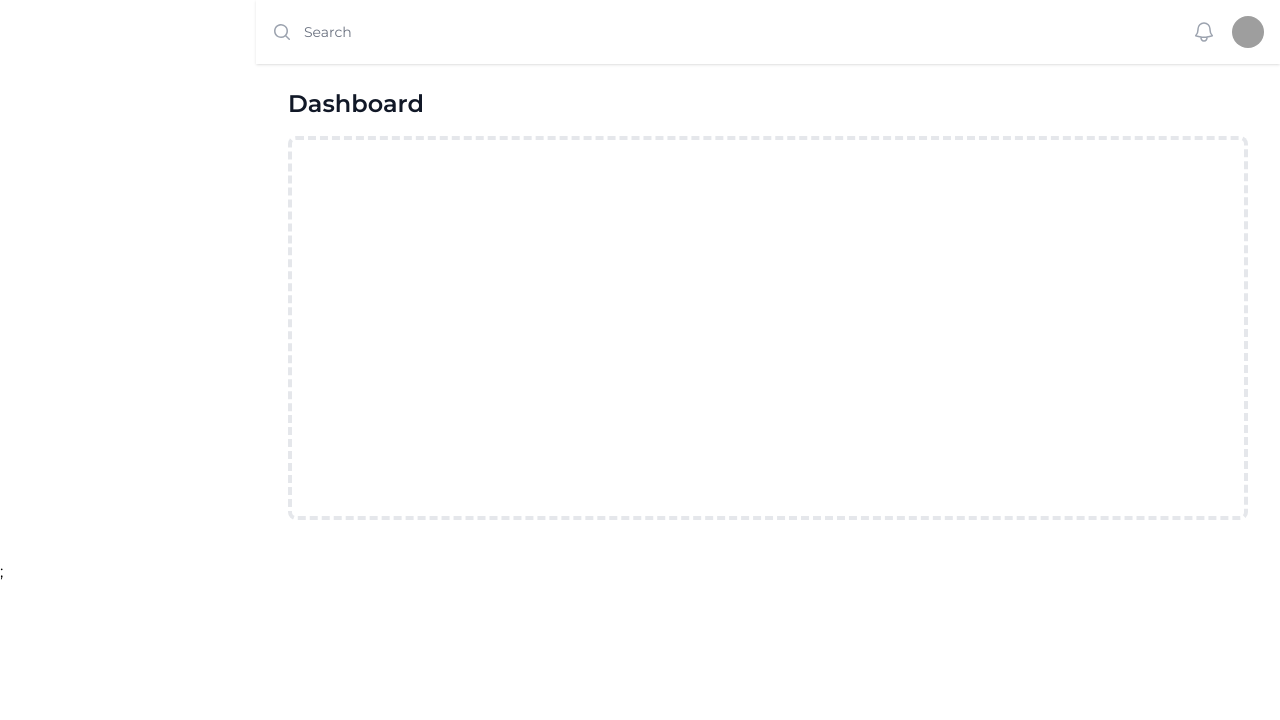
Repository: LuisSempre/mks
Page: /bar
An editor plug-in stored every save of this project. The page is shown before and after the next save, followed by the edit.
The browser window is 1280 px wide. The pictures show the whole page.
Pictures or frames that could not be fetched are drawn as grey boxes. The project was rebuilt for these pictures with package versions that can differ from the ones it lists, and the page was loaded fresh each time. The framework's server and built-in components were replaced by stand-ins that run in the browser. Also part of the build but not shown: next.config.js.

Above is the page before, as saved 2023-01-24 01:08:06.

### pages/_app.tsx
import "../styles/globals.css";
import type { AppProps } from "next/app";
import { Montserrat } from "@next/font/google";

const montserrat = Montserrat({
  subsets: ["latin"],
});

function MyApp({ Component, pageProps }: AppProps) {
  return (
    <div className={montserrat.className}>
      <Component {...pageProps} />;
    </div>
  );
}

export default MyApp;

### pages/bar.tsx
import { NextPage } from "next";
import SidebarCar from "../components/SidebarCar";

const Bar: NextPage = () => {
  return (
    <>
      <SidebarCar />
    </>
  );
};

export default Bar;

### components/SidebarCar.tsx
import { Fragment, useState } from "react";
import { Dialog, Menu, Transition } from "@headlessui/react";
import {
  Bars3BottomLeftIcon,
  BellIcon,
  CalendarIcon,
  ChartBarIcon,
  FolderIcon,
  HomeIcon,
  InboxIcon,
  UsersIcon,
  XMarkIcon,
} from "@heroicons/react/24/outline";
import { MagnifyingGlassIcon } from "@heroicons/react/20/solid";

const navigation = [
  { name: "Dashboard", href: "#", icon: HomeIcon, current: true },
  { name: "Team", href: "#", icon: UsersIcon, current: false },
  { name: "Projects", href: "#", icon: FolderIcon, current: false },
  { name: "Calendar", href: "#", icon: CalendarIcon, current: false },
  { name: "Documents", href: "#", icon: InboxIcon, current: false },
  { name: "Reports", href: "#", icon: ChartBarIcon, current: false },
];
const userNavigation = [
  { name: "Your Profile", href: "#" },
  { name: "Settings", href: "#" },
  { name: "Sign out", href: "#" },
];

function classNames(...classes: string[]) {
  return classes.filter(Boolean).join(" ");
}

export default function SidebarCar() {
  const [sidebarOpen, setSidebarOpen] = useState(false);

  return (
    <>
      <div>
        <Transition.Root show={sidebarOpen} as={Fragment}>
          <Dialog
            as='div'
            className='relative z-40 md:hidden'
            onClose={setSidebarOpen}
          >
            <Transition.Child
              as={Fragment}
              enter='transition-opacity ease-linear duration-300'
              enterFrom='opacity-0'
              enterTo='opacity-100'
              leave='transition-opacity ease-linear duration-300'
              leaveFrom='opacity-100'
              leaveTo='opacity-0'
            >
              <div className='fixed inset-0 bg-gray-600 bg-opacity-75' />
            </Transition.Child>

            <div className='fixed inset-0 z-40 flex'>
              <Transition.Child
                as={Fragment}
                enter='transition ease-in-out duration-300 transform'
                enterFrom='-translate-x-full'
                enterTo='translate-x-0'
                leave='transition ease-in-out duration-300 transform'
                leaveFrom='translate-x-0'
                leaveTo='-translate-x-full'
              >
                <Dialog.Panel className='relative flex flex-col flex-1 w-full max-w-xs pt-5 pb-4 bg-indigo-700'>
                  <Transition.Child
                    as={Fragment}
                    enter='ease-in-out duration-300'
                    enterFrom='opacity-0'
                    enterTo='opacity-100'
                    leave='ease-in-out duration-300'
                    leaveFrom='opacity-100'
                    leaveTo='opacity-0'
                  >
                    <div className='absolute top-0 right-0 pt-2 -mr-12'>
                      <button
                        type='button'
                        className='flex items-center justify-center w-10 h-10 ml-1 rounded-full focus:outline-none focus:ring-2 focus:ring-inset focus:ring-white'
                        onClick={() => setSidebarOpen(false)}
                      >
                        <span className='sr-only'>Close sidebar</span>
                        <XMarkIcon
                          className='w-6 h-6 text-white'
                          aria-hidden='true'
                        />
                      </button>
                    </div>
                  </Transition.Child>
                  <div className='flex items-center flex-shrink-0 px-4'>
                    <img
                      className='w-auto h-8'
                      src='https://tailwindui.com/img/logos/mark.svg?color=indigo&shade=300'
                      alt='Your Company'
                    />
                  </div>
                  <div className='flex-1 h-0 mt-5 overflow-y-auto'>
                    <nav className='px-2 space-y-1'>
                      {navigation.map((item) => (
                        <a
                          key={item.name}
                          href={item.href}
                          className={classNames(
                            item.current
                              ? "bg-indigo-800 text-white"
                              : "text-indigo-100 hover:bg-indigo-600",
                            "group flex items-center px-2 py-2 text-base font-medium rounded-md",
                          )}
                        >
                          <item.icon
                            className='flex-shrink-0 w-6 h-6 mr-4 text-indigo-300'
                            aria-hidden='true'
                          />
                          {item.name}
                        </a>
                      ))}
                    </nav>
                  </div>
                </Dialog.Panel>
              </Transition.Child>
              <div className='flex-shrink-0 w-14' aria-hidden='true'>
                {/* Dummy element to force sidebar to shrink to fit close icon */}
              </div>
            </div>
          </Dialog>
        </Transition.Root>

        {/* Static sidebar for desktop */}
        <div className='md:hidden md:fixed md:inset-y-0 md:flex md:w-64 md:flex-col'>
          {/* Sidebar component, swap this element with another sidebar if you like */}
          <div className='flex flex-col flex-grow pt-5 overflow-y-auto bg-indigo-700'>
            <div className='flex items-center flex-shrink-0 px-4'>
              <img
                className='w-auto h-8'
                src='https://tailwindui.com/img/logos/mark.svg?color=indigo&shade=300'
                alt='Your Company'
              />
            </div>
            <div className='flex flex-col flex-1 mt-5'>
              <nav className='flex-1 px-2 pb-4 space-y-1'>
                {navigation.map((item) => (
                  <a
                    key={item.name}
                    href={item.href}
                    className={classNames(
                      item.current
                        ? "bg-indigo-800 text-white"
                        : "text-indigo-100 hover:bg-indigo-600",
                      "group flex items-center px-2 py-2 text-sm font-medium rounded-md",
                    )}
                  >
                    <item.icon
                      className='flex-shrink-0 w-6 h-6 mr-3 text-indigo-300'
                      aria-hidden='true'
                    />
                    {item.name}
                  </a>
                ))}
              </nav>
            </div>
          </div>
        </div>
        <div className='flex flex-col flex-1 md:pl-64'>
          <div className='sticky top-0 z-10 flex flex-shrink-0 h-16 bg-white shadow'>
            <button
              type='button'
              className='px-4 text-gray-500 border-r border-gray-200 focus:outline-none focus:ring-2 focus:ring-inset focus:ring-indigo-500 md:hidden'
              onClick={() => setSidebarOpen(true)}
            >
              <span className='sr-only'>Open sidebar</span>
              <Bars3BottomLeftIcon className='w-6 h-6' aria-hidden='true' />
            </button>
            <div className='flex justify-between flex-1 px-4'>
              <div className='flex flex-1'>
                <form className='flex w-full md:ml-0' action='#' method='GET'>
                  <label htmlFor='search-field' className='sr-only'>
                    Search
                  </label>
                  <div className='relative w-full text-gray-400 focus-within:text-gray-600'>
                    <div className='absolute inset-y-0 left-0 flex items-center pointer-events-none'>
                      <MagnifyingGlassIcon
                        className='w-5 h-5'
                        aria-hidden='true'
                      />
                    </div>
                    <input
                      id='search-field'
                      className='block w-full h-full py-2 pl-8 pr-3 text-gray-900 placeholder-gray-500 border-transparent focus:border-transparent focus:placeholder-gray-400 focus:outline-none focus:ring-0 sm:text-sm'
                      placeholder='Search'
                      type='search'
                      name='search'
                    />
                  </div>
                </form>
              </div>
              <div className='flex items-center ml-4 md:ml-6'>
                <button
                  type='button'
                  className='p-1 text-gray-400 bg-white rounded-full hover:text-gray-500 focus:outline-none focus:ring-2 focus:ring-indigo-500 focus:ring-offset-2'
                >
                  <span className='sr-only'>View notifications</span>
                  <BellIcon className='w-6 h-6' aria-hidden='true' />
                </button>

                {/* Profile dropdown */}
                <Menu as='div' className='relative ml-3'>
                  <div>
                    <Menu.Button className='flex items-center max-w-xs text-sm bg-white rounded-full focus:outline-none focus:ring-2 focus:ring-indigo-500 focus:ring-offset-2'>
                      <span className='sr-only'>Open user menu</span>
                      <img
                        className='w-8 h-8 rounded-full'
                        src='https://images.unsplash.com/photo-1472099645785-5658abf4ff4e?ixlib=rb-1.2.1&ixid=eyJhcHBfaWQiOjEyMDd9&auto=format&fit=facearea&facepad=2&w=256&h=256&q=80'
                        alt=''
                      />
                    </Menu.Button>
                  </div>
                  <Transition
                    as={Fragment}
                    enter='transition ease-out duration-100'
                    enterFrom='transform opacity-0 scale-95'
                    enterTo='transform opacity-100 scale-100'
                    leave='transition ease-in duration-75'
                    leaveFrom='transform opacity-100 scale-100'
                    leaveTo='transform opacity-0 scale-95'
                  >
                    <Menu.Items className='absolute right-0 z-10 w-48 py-1 mt-2 origin-top-right bg-white rounded-md shadow-lg ring-1 ring-black ring-opacity-5 focus:outline-none'>
                      {userNavigation.map((item) => (
                        <Menu.Item key={item.name}>
                          {({ active }) => (
                            <a
                              href={item.href}
                              className={classNames(
                                active ? "bg-gray-100" : "",
                                "block px-4 py-2 text-sm text-gray-700",
                              )}
                            >
                              {item.name}
                            </a>
                          )}
                        </Menu.Item>
                      ))}
                    </Menu.Items>
                  </Transition>
                </Menu>
              </div>
            </div>
          </div>

          <main>
            <div className='py-6'>
              <div className='px-4 mx-auto max-w-7xl sm:px-6 md:px-8'>
                <h1 className='text-2xl font-semibold text-gray-900'>
                  Dashboard
                </h1>
              </div>
              <div className='px-4 mx-auto max-w-7xl sm:px-6 md:px-8'>
                {/* Replace with your content */}
                <div className='py-4'>
                  <div className='border-4 border-gray-200 border-dashed rounded-lg h-96' />
                </div>
                {/* /End replace */}
              </div>
            </div>
          </main>
        </div>
      </div>
    </>
  );
}

Loaded but not shown: styles/globals.css (common file); tailwind.config.js (common file)

After the next save:
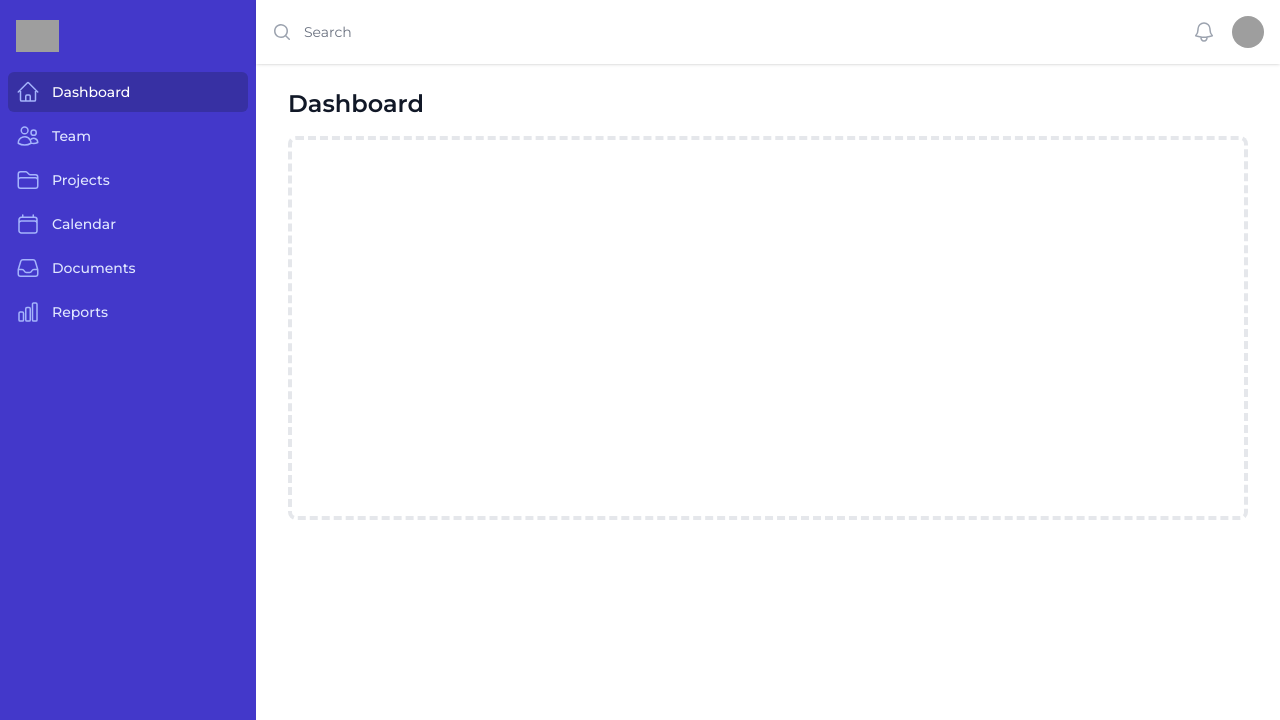
Saved 62 s later.
--- a/components/SidebarCar.tsx
+++ b/components/SidebarCar.tsx
@@ -128,7 +128,7 @@
         </Transition.Root>
 
         {/* Static sidebar for desktop */}
-        <div className='md:hidden md:fixed md:inset-y-0 md:flex md:w-64 md:flex-col'>
+        <div className='hidden md:fixed md:inset-y-0 md:flex md:w-64 md:flex-col'>
           {/* Sidebar component, swap this element with another sidebar if you like */}
           <div className='flex flex-col flex-grow pt-5 overflow-y-auto bg-indigo-700'>
             <div className='flex items-center flex-shrink-0 px-4'>

After the 2 saves that followed:
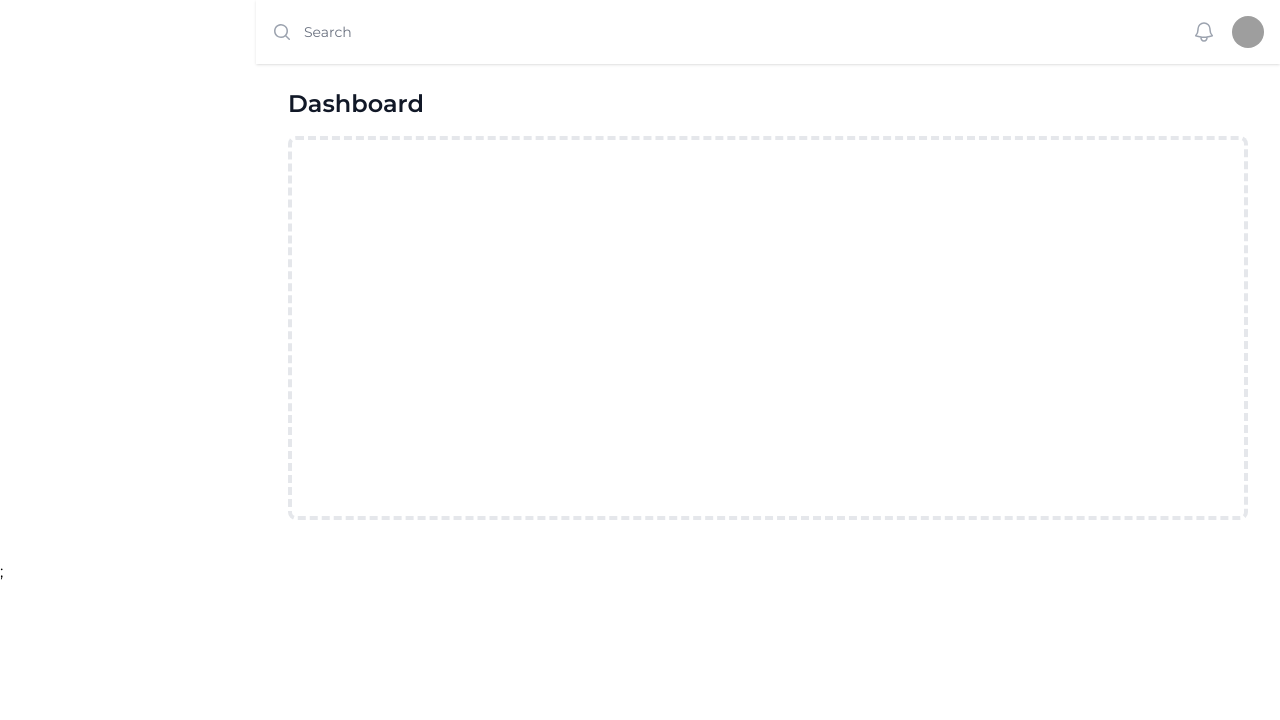
The 2 saves are shown as one change because 1 left the picture as it was.
The last was saved 76 s later.
--- a/components/SidebarCar.tsx
+++ b/components/SidebarCar.tsx
@@ -40,7 +40,7 @@
         <Transition.Root show={sidebarOpen} as={Fragment}>
           <Dialog
             as='div'
-            className='relative z-40 md:hidden'
+            className='hidden md:relative md:z-40'
             onClose={setSidebarOpen}
           >
             <Transition.Child
@@ -128,7 +128,7 @@
         </Transition.Root>
 
         {/* Static sidebar for desktop */}
-        <div className='hidden md:fixed md:inset-y-0 md:flex md:w-64 md:flex-col'>
+        <div className='fixed inset-y-0 flex flex-col w-64 md:hidden'>
           {/* Sidebar component, swap this element with another sidebar if you like */}
           <div className='flex flex-col flex-grow pt-5 overflow-y-auto bg-indigo-700'>
             <div className='flex items-center flex-shrink-0 px-4'>
